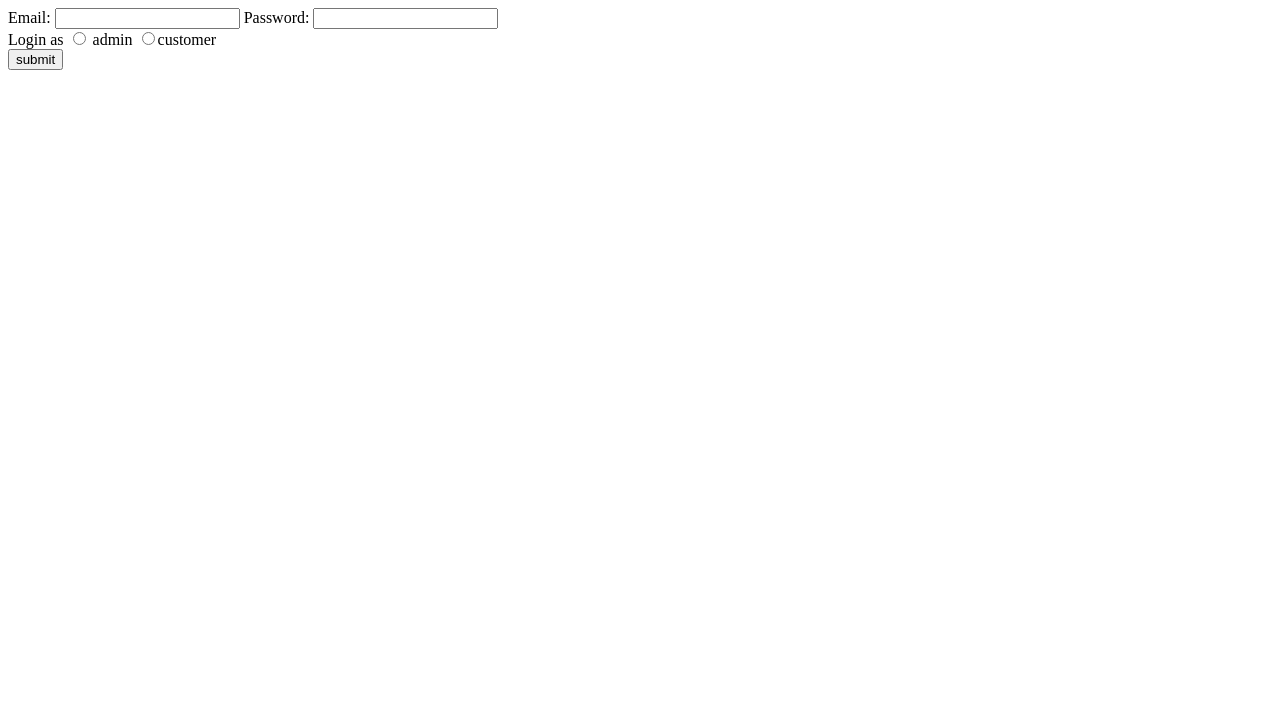
Repository: prathamsuhasia/swabhav-mini-project
Page: http://localhost/01-mini-project/Index.jsp
The author's editor kept a copy of each file at every save. The page is drawn from the files as they stood at one save, then again after the next save.
The browser window is 1280 px wide. The pictures show the whole page.
The page is served by Tomcat 9. Other server files are loaded and not shown.

Above is the page before, as saved 2024-08-15 21:13:33.

### 01-mini-project/WebContent/Index.jsp
<%@ page language="java" contentType="text/html; charset=ISO-8859-1"
    pageEncoding="ISO-8859-1"%>
<!DOCTYPE html PUBLIC "-//W3C//DTD HTML 4.01 Transitional//EN" "http://www.w3.org/TR/html4/loose.dtd">
<html>
<head>
<meta http-equiv="Content-Type" content="text/html; charset=ISO-8859-1">
<title>Bank MVC application</title>
</head>
<body>

<form action="LoginController">
Email: <input type="email" name="username" required>
Password: <input type="password" name="password" required><br>
Login as
<input type="radio" name="user_type" value="admin"> admin
<input type="radio" name="user_type" value="customer">customer<br>



<input type="submit" value="submit">
</form>

</body>
</html>

After the next save:
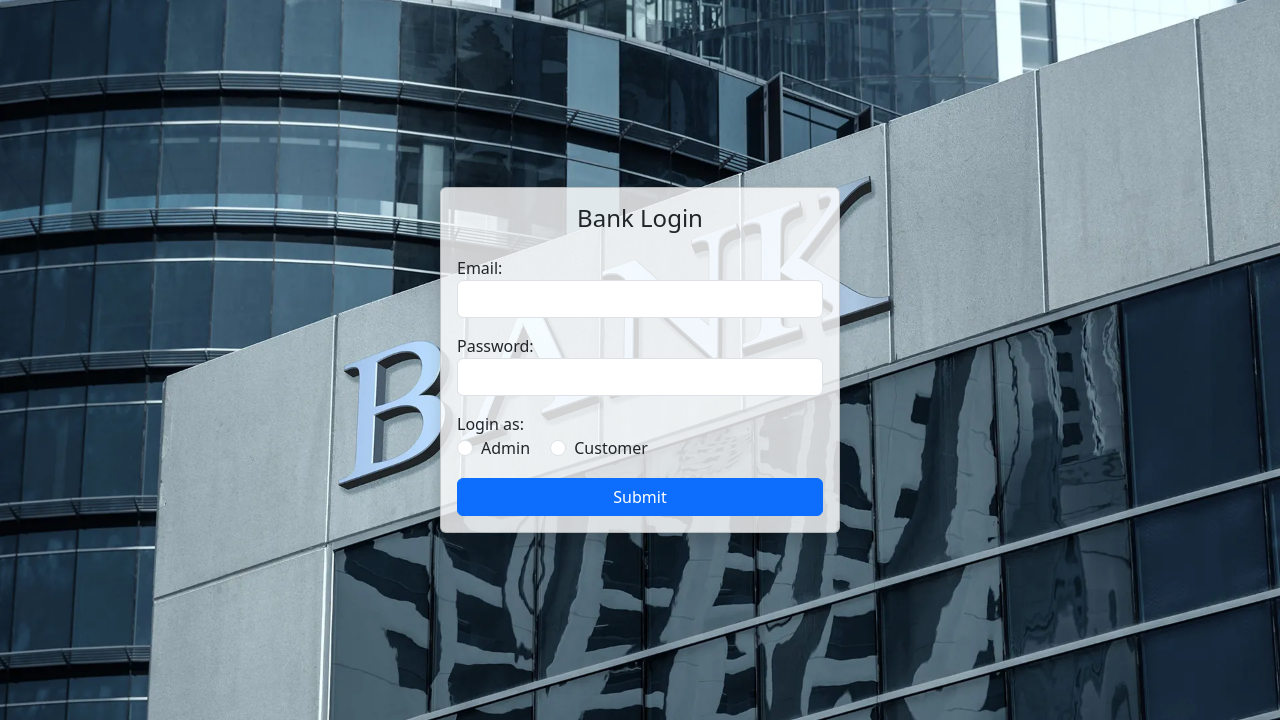
Saved 2 min 44 s later.
--- a/01-mini-project/WebContent/Index.jsp
+++ b/01-mini-project/WebContent/Index.jsp
@@ -4,21 +4,56 @@
 <html>
 <head>
 <meta http-equiv="Content-Type" content="text/html; charset=ISO-8859-1">
-<title>Bank MVC application</title>
+<title>Bank MVC Application</title>
+<link href="https://cdn.jsdelivr.net/npm/bootstrap@5.3.0/dist/css/bootstrap.min.css" rel="stylesheet">
+<style>
+    body {
+        background: url('Bank.webp') no-repeat center center fixed;
+        background-size: cover;
+        height: 100vh;
+        display: flex;
+        justify-content: center;
+        align-items: center;
+    }
+    .card {
+        max-width: 400px;
+        width: 100%;
+        background: rgba(255, 255, 255, 0.8);
+    }
+</style>
 </head>
 <body>
 
-<form action="LoginController">
-Email: <input type="email" name="username" required>
-Password: <input type="password" name="password" required><br>
-Login as
-<input type="radio" name="user_type" value="admin"> admin
-<input type="radio" name="user_type" value="customer">customer<br>
+<div class="card shadow">
+    <div class="card-body">
+        <h4 class="card-title text-center mb-4">Bank Login</h4>
+        <form action="LoginController">
+            <div class="form-group mb-3">
+                <label for="username">Email:</label>
+                <input type="email" class="form-control" id="username" name="username" required>
+            </div>
+            <div class="form-group mb-3">
+                <label for="password">Password:</label>
+                <input type="password" class="form-control" id="password" name="password" required>
+            </div>
+            <div class="form-group mb-3">
+                <label>Login as:</label><br>
+                <div class="form-check form-check-inline">
+                    <input class="form-check-input" type="radio" name="user_type" id="admin" value="admin" required>
+                    <label class="form-check-label" for="admin">Admin</label>
+                </div>
+                <div class="form-check form-check-inline">
+                    <input class="form-check-input" type="radio" name="user_type" id="customer" value="customer" required>
+                    <label class="form-check-label" for="customer">Customer</label>
+                </div>
+            </div>
+            <div class="text-center">
+                <button type="submit" class="btn btn-primary w-100">Submit</button>
+            </div>
+        </form>
+    </div>
+</div>
 
-
-
-<input type="submit" value="submit">
-</form>
-
+<script src="https://cdn.jsdelivr.net/npm/bootstrap@5.3.0/dist/js/bootstrap.bundle.min.js"></script>
 </body>
 </html>
